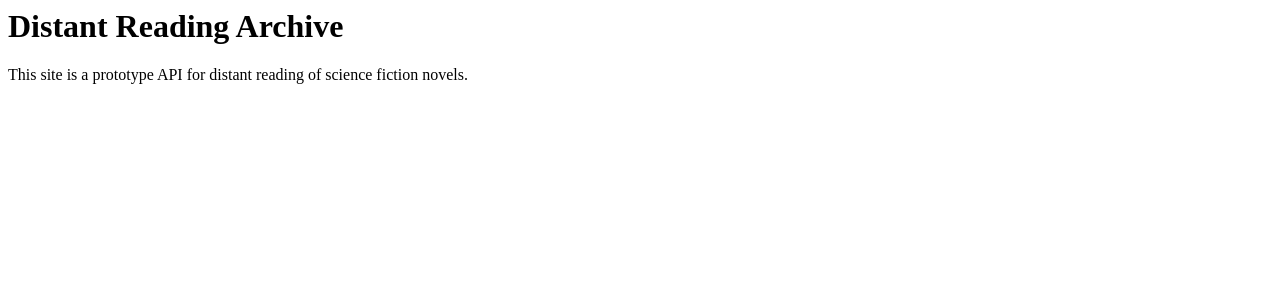
Repository: Pacott1/taller_api_local
Page: http://localhost/
These files come from the project's save history. The page is drawn as it stood at one moment and after the next save; the edit follows.
The browser window is 1280 px wide. The pictures show the whole page.
The page is served by the project's application, run on Flask 3 (app1.py).

Above is the page before, as saved 2026-03-26 18:10:24.

After the next save:
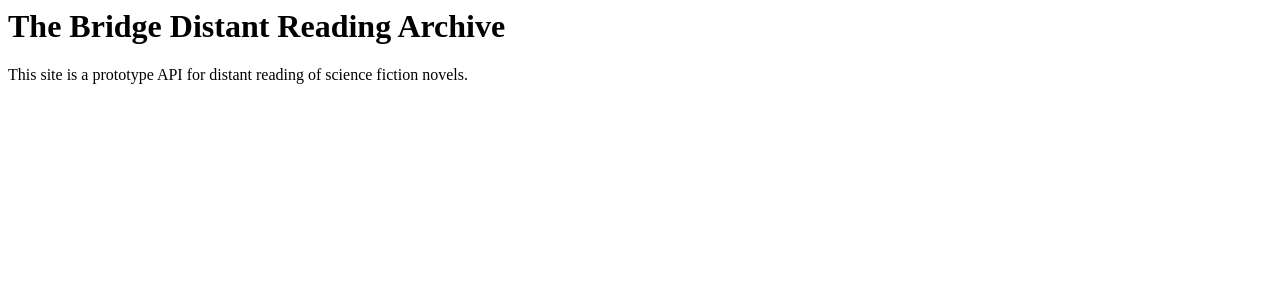
Saved 12 min 28 s later.
--- a/app1.py
+++ b/app1.py
@@ -6,7 +6,7 @@ app.config["DEBUG"] = True # modo de depuracion
 @app.route('/', methods=['GET'])
 def home():
     return """
-    <h1>Distant Reading Archive</h1>
+    <h1>The Bridge Distant Reading Archive</h1>
     <p>This site is a prototype API for distant reading of science fiction novels.</p>
     """
 
